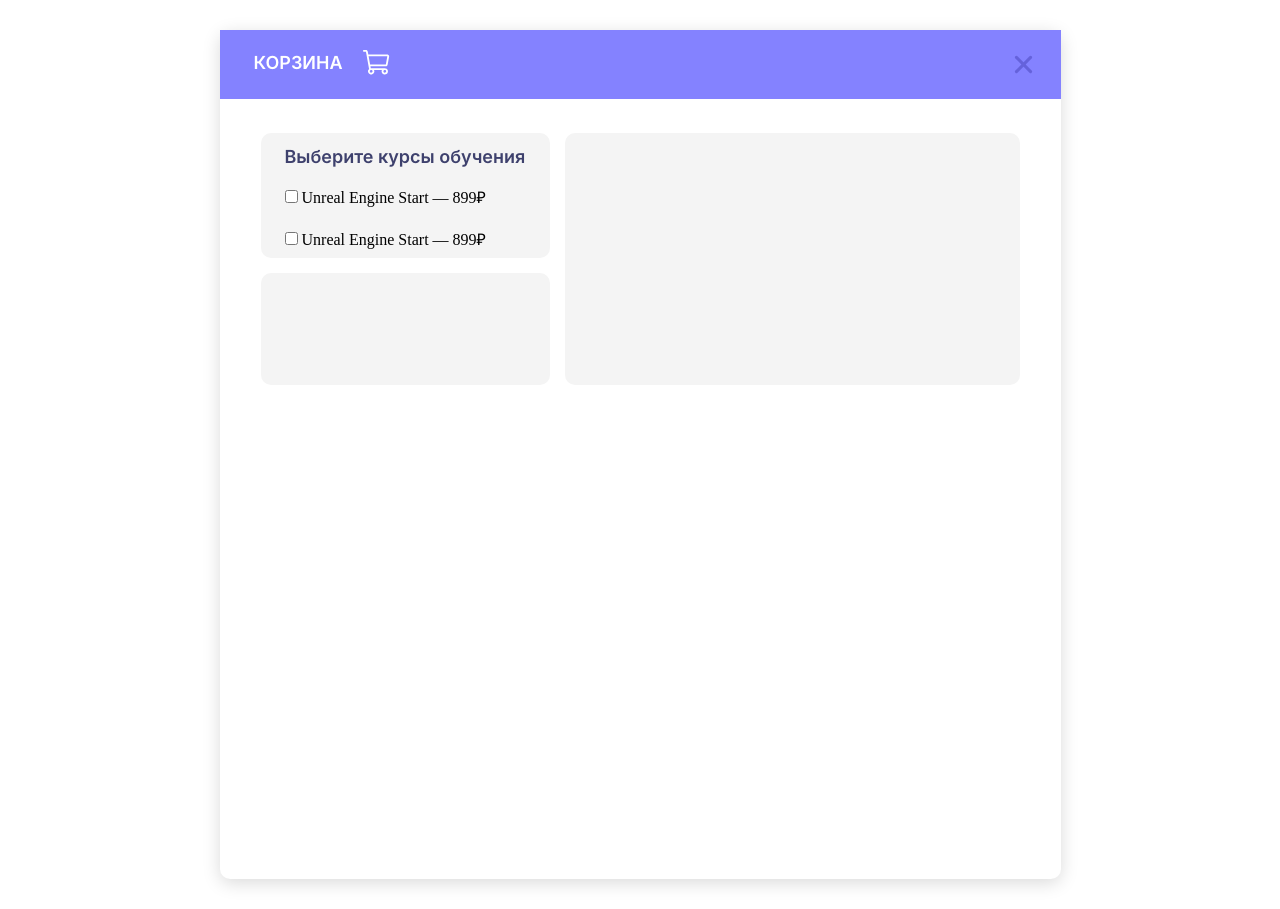
Repository: bek77g/unreal.academy
Page: basket.html
An editor plug-in stored every save of this project. The page is shown before and after the next save, followed by the edit.
The browser window is 1280 px wide. The pictures show the whole page.
The style sheet was rebuilt from its Sass, Less or Tailwind sources for each picture, by a compiler version that may differ from the author's.

Above is the page before, as saved 2021-05-05 16:44:30.

### basket.html
<!DOCTYPE html>
<html lang="en">
<head>
  <meta charset="UTF-8">
  <meta http-equiv="X-UA-Compatible" content="IE=edge">
  <meta name="viewport" content="width=device-width, initial-scale=1.0">
  <link rel="stylesheet" href="./src/css/style.css">
  <title></title>
</head>
<body>
    <main>
        <section class="basket">
            <div class="container">
                <div class="basket__card">
                    <div class="basket__header">
                        <div class="basket__logo">
                            <h3 class="basket__logo-title">КОРЗИНА</h3>
                            <div class="basket__logo-img">
                                <svg width="27" height="25" viewBox="0 0 27 25" fill="none" xmlns="http://www.w3.org/2000/svg">
                                    <path d="M24.6193 14.843L26.1041 6.67641C26.1516 6.41488 26.1411 6.1461 26.0734 5.88907C26.0056 5.63204 25.8822 5.39303 25.7119 5.18895C25.5415 4.98487 25.3285 4.8207 25.0877 4.70804C24.847 4.59538 24.5844 4.53699 24.3186 4.53699H5.29406L4.74012 1.49018C4.66427 1.07194 4.44395 0.693632 4.11763 0.421277C3.79131 0.148922 3.37971 -0.000178689 2.95468 1.60714e-07H0.907352C0.666707 1.60714e-07 0.435919 0.0956007 0.265757 0.265771C0.0955957 0.435941 0 0.666741 0 0.907398C0 1.14806 0.0955957 1.37886 0.265757 1.54903C0.435919 1.7192 0.666707 1.8148 0.907352 1.8148H2.95457L5.98319 18.4726C6.01027 18.6199 6.05549 18.7634 6.11782 18.8996C5.6648 19.2824 5.32806 19.7845 5.14574 20.3489C4.96343 20.9133 4.94283 21.5174 5.0863 22.0929C5.22976 22.6684 5.53154 23.1922 5.95744 23.605C6.38334 24.0178 6.91634 24.303 7.49602 24.4283C8.07571 24.5536 8.67891 24.5141 9.23728 24.3141C9.79564 24.1142 10.2868 23.7618 10.6552 23.297C11.0236 22.8322 11.2544 22.2734 11.3215 21.6841C11.3886 21.0948 11.2893 20.4985 11.0349 19.9628H18.9077C18.6129 20.5845 18.528 21.2851 18.6657 21.9593C18.8035 22.6335 19.1565 23.2446 19.6716 23.7008C20.1867 24.157 20.836 24.4336 21.5219 24.4888C22.2077 24.5441 22.8929 24.3751 23.4744 24.0072C24.0559 23.6393 24.5021 23.0926 24.746 22.4491C24.9899 21.8057 25.0182 21.1005 24.8267 20.4396C24.6352 19.7787 24.2342 19.1979 23.6841 18.7846C23.134 18.3713 22.4645 18.1479 21.7764 18.148H7.76863L7.43859 16.3332H22.8339C23.2589 16.3334 23.6705 16.1842 23.9968 15.9119C24.3231 15.6395 24.5434 15.2612 24.6193 14.843ZM9.5272 21.3239C9.5272 21.5931 9.44737 21.8562 9.29782 22.08C9.14827 22.3039 8.93571 22.4783 8.68701 22.5814C8.43832 22.6844 8.16466 22.7113 7.90064 22.6588C7.63663 22.6063 7.39412 22.4767 7.20378 22.2863C7.01343 22.0959 6.88381 21.8534 6.83129 21.5894C6.77878 21.3254 6.80573 21.0517 6.90874 20.803C7.01176 20.5543 7.1862 20.3417 7.41002 20.1922C7.63384 20.0426 7.89698 19.9628 8.16617 19.9628C8.52702 19.9632 8.87297 20.1067 9.12813 20.3619C9.38329 20.617 9.52681 20.963 9.5272 21.3239ZM23.1375 21.3239C23.1375 21.5931 23.0577 21.8562 22.9081 22.08C22.7586 22.3039 22.546 22.4783 22.2973 22.5814C22.0486 22.6844 21.7749 22.7113 21.5109 22.6588C21.2469 22.6063 21.0044 22.4767 20.8141 22.2863C20.6237 22.0959 20.4941 21.8534 20.4416 21.5894C20.3891 21.3254 20.416 21.0517 20.519 20.803C20.622 20.5543 20.7965 20.3417 21.0203 20.1922C21.2441 20.0426 21.5073 19.9628 21.7764 19.9628C22.1373 19.9632 22.4833 20.1067 22.7384 20.3619C22.9936 20.617 23.1371 20.963 23.1375 21.3239ZM5.62399 6.35179H24.3186L22.834 14.5184H7.10865L5.62399 6.35179Z" fill="white"/>
                                    </svg>
                            </div>
                        </div>
                        <div class="close-btn"></div>
                    </div>
                    <div class="basket__content">
                        <div class="basket__content-mcol">
                            <div class="basket__content-col">
                                <h4 class="basket__content-title">Выберите курсы обучения</h4>
                                <div class="checkbox basket__content-checkbox">
                                    <input type="checkbox" class="basket__checkbox">
                                    <label for=""><span class="basket__content-txt">Unreal Engine Start — 899₽</span></label>
                                </div>
                                <div class="checkbox basket__content-checkbox">
                                    <input type="checkbox" class="basket__checkbox">
                                    <label for=""><span class="basket__content-txt">Unreal Engine Start — 899₽</span></label>
                                </div>
                            </div>
                            <div class="basket__content-col"></div>
                        </div>
                        <div class="basket__content-mcol">
                            <div class="basket__content-col basket__content-col-second"></div>
                        </div>
                    </div>
                </div>
            </div>
        </section>
    </main>
</body>

### src/scss/style.scss
@import url(../fonts/inter/stylesheet.css);
@import "../libs/bs/bootstrap-grid.min.css";

* {
  margin: 0;
  padding: 0;
  box-sizing: border-box;
  scroll-behavior: smooth;
}

.container {
  max-width: 1240px;
}

$inter: "Inter", sans-serif;

@mixin text($ff, $ft, $fw, $fs, $lh, $cr) {
  font-family: $ff;
  font-style: $ft;
  font-weight: $fw;
  font-size: $fs;
  line-height: $lh;
  color: $cr;
}

a {
  text-decoration: none;
  outline: none;
}
ul {
  list-style: none;
}

.close-btn {
  width: 23px;
  position: relative;
  background: transparent;
  height: 3px;
  cursor: pointer;
  &::before {
    content: "";
    position: absolute;
    border-radius: 100px;
    width: 100%;
    height: 100%;
    background: #6562db;
    transform: rotate(45deg);
  }
  &::after {
    content: "";
    position: absolute;
    border-radius: 100px;
    width: 100%;
    height: 100%;
    background: #6562db;
    transform: rotate(-45deg);
  }
}

@import "header";
@import "home";
@import "video";
@import "courses";
@import "features";
@import "devstart";
@import "exs";
@import "lector";
@import "certificate";
@import "challange";
@import "slider";
@import "basket";

### src/scss/header.scss
.header {
  position: absolute;
  background-color: #fff;
  width: 100%;
  height: 140px;
  &__nav {
    display: flex;
    margin-top: 48px;
    justify-content: space-between;
    align-items: center;
  }
  &__logo {
    @include text($inter, normal, normal, 13px, 25px, #8482ff);
    &-part {
      color: #3e416d;
    }
  }
  &__mnu {
    display: flex;
    margin-top: 3px;
    column-gap: 57px;
    &-item a {
      @include text($inter, normal, normal, 16px, 19px, #3e416d);
      &:nth-child(2) {
        color: #8482ff;
      }
    }
  }
  &__dropper {
    position: relative;
  }
  &__dropdown {
    position: absolute;
    background: #fff;
    border: 1px solid #8482ff;
    width: 150px;
    top: 20px;
    display: none;
  }
  &__dropdown li a {
    width: 100%;
  }
  &__dropdown li:first-child a {
    @include text($inter, normal, normal, 16px, 17px, #8482ff);
  }
  &__dropdown li:last-child a {
    @include text($inter, normal, normal, 16px, 17px, #ff9882);
  }
  &__dropper:active > ul {
    display: block;
  }
}

### src/scss/home.scss
.home {
  background: url(../images/home/homeBG.png) top center/100% 100% no-repeat;
  background-size: cover;
  max-width: 100%;
  height: 870px;
  display: flex;
  justify-content: center;
  align-items: center;
  &__title {
    @include text($inter, normal, bold, 60px, 73px, #fff);
    width: 70%;
    margin: 100px auto 0;
    text-align: center;
  }
  &__btns {
    text-align: center;
    margin-top: 65px;
    display: flex;
    justify-content: center;
    &-style {
      @include text($inter, normal, 600, 16px, none, #fff);
      width: 164px;
      height: 49px;
      border: none;
      outline: none;
      border-radius: 4px;
    }
    &-start {
      background-color: #8482ff;
      margin-right: 30px;
      cursor: pointer;
      transition: 0.3s;
      &:hover {
        background-color: #55539e;
      }
    }
    &-more {
      background-color: transparent;
      border: 2px solid #ffffff;
      cursor: pointer;
      transition: 0.3s;
      &:hover {
        background-color: #ffffff;
        border: none;
        color: #555555;
      }
    }
  }
}

### src/scss/video.scss
.video {
  &__block {
    height: 439px;
    width: 776px;
    position: relative;
    background: url(../images/home/videoBOX.png) no-repeat;
    filter: drop-shadow(0px 4px 120px rgba(0, 0, 0, 9)),
      drop-shadow(0px 15px 29px rgba(0, 0, 0, 9));
    border-radius: 10px;
    margin: -104px auto 70px;
  }
  &__playbtn {
    display: inline-block;
    position: absolute;
    filter: drop-shadow(0px 4px 120px rgba(0, 0, 0, 0.1)),
      drop-shadow(0px 15px 29px rgba(0, 0, 0, 0.15));
    width: 114.1px;
    height: 114.1px;
    border-radius: 50%;
    font-size: 0;
    background-color: #fff;
    color: transparent;
    bottom: 105px;
    left: 50%;
    transform: translate(-50%, -50%);
    transition: 0.2s;
    cursor: pointer;
    img {
      width: 33px;
      height: 33px;
      margin: 40px 42px;
    }
  }
  &__arrow {
    width: 71px;
    height: 71px;
    margin: 0 auto;
    border-radius: 5px;
    display: block;
    padding-top: 11px;
    padding-left: 19px;
    background-color: #ff9882;
    filter: drop-shadow(0px 15px 30px rgba(255, 152, 130, 0.48));
  }
}

### src/scss/courses.scss
.courses {
  padding: 47px 0 109px;
  &__title {
    @include text($inter, normal, bold, 40px, 48px, #3e416d);
    text-align: center;
    margin-bottom: 23px;
  }
  &__col {
    margin: 40px 6.2px 0;
    height: 85%;
    padding: 17px 60px 17px 25px;
    background-color: #e7e7ff;
    border-radius: 10px;
    &-number {
      width: 82px;
      height: 60px;
      background-color: #8482ff;
      border-radius: 10px;
      margin-bottom: 25px;
    }
    &-title {
      @include text($inter, normal, bold, 40px, 63px, #fff);
      text-align: center;
    }
    &-subtitle {
      @include text($inter, normal, normal, 16px, 19px, #3e416d);
      opacity: 0.8;
    }
  }
}

### src/scss/features.scss
.features {
  padding-bottom: 74px;
  position: relative;
  overflow: hidden;
  &::before {
    content: "";
    background: url(../images/features/bfF.svg) top center/100% 100% no-repeat;
    width: 100%;
    height: 100%;
    position: absolute;
    top: 25%;
    right: 0;
    z-index: -1;
    bottom: -70px;
  }
  &__title {
    @include text($inter, normal, bold, 40px, 48px, #3e416d);
    width: 50%;
    margin: 0 auto;
    text-align: center;
    margin-bottom: 33px;
  }
  &__row {
    text-align: center;
    width: 93%;
    margin: 0 auto;
  }
  &__hr {
    width: 13%;
    height: 4px;
    margin: 0 auto;
    background: #8482ff;
  }
  &__mcol {
    margin-top: 47px;
    display: flex;
    justify-content: space-around;
  }
  &__col {
    padding: 38px 25px 35px;
    margin-right: 10px;
    border: 1px solid rgb(0, 0, 0);
    border-radius: 10px;
    text-align: center;
    background: #ffffff;
    &:nth-child(2) {
      padding: 37.5px 25px 35px;
    }
    &:nth-child(3) {
      padding: 37.5px 25px 35px;
    }
    &:nth-child(4) {
      padding: 37.4px 25px 35px;
    }
  }
  &__mcol &__col &__card-title {
    @include text($inter, normal, 600, 18px, 22px, #3e416d);
    margin: 18px 0 15px;
    color: #3e416d;
    &:nth-child(2) {
      margin: 17.5px 0 15px;
    }
    &:nth-child(3) {
      margin: 17.4px 0 15px;
    }
    &:nth-child(4),
    &:nth-child(5) {
      margin: 16px 0 15px;
    }
  }
  &__card-subtitle {
    @include text($inter, normal, normal, 16px, 19px, #3e416d);
    margin-top: 10px;
    opacity: 0.8;
  }
}

### src/scss/exs.scss
.exs {
  padding-top: 110px;
  height: 740px;
  background: #3e416d;
  &__title {
    @include text($inter, normal, bold, 40px, 48px, #fff);
    text-align: center;
    margin-bottom: 113.9px;
  }
  &__row {
    display: flex;
    justify-content: space-between;
  }
  &__mcol {
    position: relative;
  }
  &__mcol:first-child &__col img {
    top: 5.5px;
  }
  &__mcol:nth-child(2) &__col img {
    top: 10px;
  }
  &__mcol:nth-child(3) &__col img {
    top: 1px;
  }
  &__mcol:nth-child(4) &__col img {
    top: 15px;
  }
  &__mcol:nth-child(5) &__col img {
    top: 1px;
  }
  &__col img {
    z-index: 3;
    transition: 0.3s;
    position: absolute;
  }
  &__col {
    background: rgba(132, 130, 255, 0.23);
    border: 4px solid #8482ff;
    width: 100%;
    height: 197px;
    display: inline-flex;
    align-items: center;
    justify-content: center;
    border-radius: 46px;
    position: relative;
    padding-top: 50%;
    transition: 0.5s;
    z-index: 1;
    &:hover {
      transform: scale(1.2);
      padding: 50% 15px 0;
      width: 104%;
      background: #8482ff;
      border-radius: 46px;
      height: 110%;
      transition: 0.3s;
      img {
        transform: scale(0.9);
        transition: 0.5s;
      }
      .exs__hidtext {
        margin-top: 105px;
        color: #fff;
      }
      .exs__hidsub {
        color: #fff;
      }
      .exs__descrs {
        color: #8482ff;
      }
    }
  }
  &__hidtext {
    @include text($inter, normal, 600, 16px, 22px, transparent);
    transition: 0.3s;
    text-align: center;
  }
  &__hidsub {
    @include text($inter, normal, normal, 12px, 17px, transparent);
    transition: 0.3s;
    text-align: center;
    margin: 10px 0 10px;
    opacity: 0.8;
  }
  &__descrs {
    @include text($inter, normal, 600, 18px, 22px, #fff);
    text-align: center;
    top: 200px;
    width: 100%;
    position: absolute;
    left: 50%;
    transform: translateX(-50%);
    margin-top: 40px;
    color: #ffffff;
  }
}

### src/scss/lector.scss
.lector {
  padding: 80px 0 60px;
  background: #3e416d;
  text-align: center;
  &__title {
    @include text($inter, normal, bold, 40px, 48px, #fff);
    text-align: center;
    margin-bottom: 179px;
    &-part {
      color: #8482ff;
    }
  }
  &__face {
    position: relative;
    z-index: 1;
  }
  &__content {
    width: 90%;
    margin: 0 auto;
    display: flex;
    justify-content: center;
    align-items: center;
  }
  &__first {
    width: 33%;
    text-align: end;
    margin-top: -60px;
    margin-right: 30px;
    .lector__descrs:first-child {
      width: 174px;
    }
    .lector__descrs:nth-child(2) {
      margin-right: 48px;
      width: 280px;
    }
    .lector__descrs:nth-child(3) {
      width: 250px;
    }
  }
  &__second {
    width: 33%;
    text-align: center;
    margin-top: -60px;
    margin-left: 30px;
    .lector__descrs:first-child {
      margin-right: 110px;
      width: 214px;
    }
    .lector__descrs:nth-child(2) {
      margin-left: 52px;
      width: 272px;
    }
    .lector__descrs:nth-child(3) {
      width: 252px;
    }
  }
  &__eclipse {
    position: absolute;
    bottom: 64%;
    left: 50%;
    z-index: -1;
    transform: translateX(-50%);
    width: 452.95px;
    height: 208.23px;
    &::before {
      position: absolute;
      content: url(../images/lector/Ellipse31.svg);
      left: -23px;
      top: 25px;
    }
    &::after {
      position: absolute;
      content: url(../images/lector/Ellipse32.svg);
      top: 25px;
      left: -20px;
    }
    &-part {
      position: absolute;
      width: 452.95px;
      height: 208.23px;
      top: 60%;
      border-radius: 50%;
      border: 4.44944px solid #8482ff;
    }
    &-partcircle {
      position: absolute;
      width: 27.59px;
      height: 27.59px;
      right: 0;
      top: 50px;
      border-radius: 50%;
      background: #8482ff;
      &::before {
        content: "";
        position: absolute;
        width: 18.69px;
        height: 18.69px;
        top: 180px;
        border-radius: 50%;
        border: 0.889888px solid #8482ff;
      }
    }
    &-partcircle2 {
      position: absolute;
      width: 27.59px;
      height: 27.59px;
      border-radius: 50%;
      left: 40px;
      top: -12px;
      border: 4.44944px solid #8482ff;
      &::before {
        content: "";
        position: absolute;
        width: 19.69px;
        height: 19.69px;
        top: 284px;
        left: 47.6px;
        border-radius: 50%;
        background: #8482ff;
      }
    }
  }
  &__descrs {
    @include text($inter, normal, 600, 16px, 19px, #3e416d);
    display: inline-block;
    text-align: center;
    padding: 10px 14px;
    background: #ff9882;
    border-radius: 42px;
    width: 100%;
    height: 100%;
    margin-bottom: 25px;
  }
  &__socs {
    margin: 65.7px auto 0;
    width: 76px;
  }
  &__socs a {
    cursor: pointer;
  }
  &__name {
    @include text($inter, normal, 600, 30px, 36px, #ffffff);
    margin-top: 13.4px;
  }
  &__review {
    @include text($inter, normal, normal, 16px, 19px, #ffffff);
    margin-top: 13px;
    opacity: 0.8;
  }
}

### src/scss/certificate.scss
.certificate {
  padding: 60px 0 57px;
  background: #3e416d;
  &__row {
    display: flex;
    align-items: center;
    justify-content: center;
  }
  &__col {
    text-align: center;
    &:last-child {
      margin-bottom: 60px;
    }
  }
  &__cert {
    width: 416px;
    height: 555px;
  }
  &__title {
    @include text($inter, normal, bold, 40px, 48px, #fff);
    text-align: start;
  }
  &__des {
    @include text($inter, normal, normal, 18px, 22px, #fff);
    margin: 30px 0 36px;
    text-align: start;
  }
  &__get {
    margin-right: 56px;
  }
  &__sub {
    display: flex;
    &-title {
      @include text($inter, normal, 600, 18px, 22px, #fff);
      margin-bottom: 19px;
    }
    &-cov {
      @include text($inter, normal, normal, 16px, 19px, #fff);
    }
  }
  &__courses {
    margin-top: 10px;
    margin-left: 19px;
  }
  &__course {
    text-align: start;
    text-decoration-line: underline;
    position: relative;
    cursor: pointer;
    &:before {
      content: "·";
      position: absolute;
      font-size: 96px;
      bottom: 3px;
      left: -25px;
    }
  }
  &__courses a:first-child &__course {
    @include text($inter, normal, normal, 14px, 17px, #8482ff);
  }
  &__course:last-child {
    @include text($inter, normal, normal, 14px, 17px, #ff9882);
  }
}

### src/scss/challange.scss
.challange {
  padding: 57px 0 60px;
  background: #3e416d;
  &__box {
    padding: 60px 130px;
    background: #525794;
    border: 2px solid #8482ff;
    box-sizing: border-box;
    border-radius: 20px;
  }
  &__col {
    display: flex;
    align-items: center;
    justify-content: center;
    padding-right: 70px;
  }
  &__title {
    @include text($inter, normal, bold, 40px, 48px, #fff);
    margin-bottom: 40px;
    text-align: stert;
  }
  &__sub {
    display: flex;
  }
  &__fond {
    margin-right: 66px;
  }
  &__optxt {
    @include text($inter, normal, normal, 18px, 22px, #fff);
    opacity: 0.5;
    margin-bottom: 11px;
  }
  &__txt {
    @include text($inter, normal, bold, 30px, 36px, #fff);
    margin-bottom: 38px;
  }
  &__prises {
    display: flex;
    justify-content: space-between;
    margin-bottom: 43px;
    &-boxes {
      @include text($inter, normal, bold, 21.5548px, 26px, #fff);
      padding: 10.8px 16px;
      border-radius: 14.3698px;
      width: 190.4px;
      height: 100%;
      &:first-child {
        background: #ff9882;
        box-shadow: 0px 10.0589px 22.9918px -7.18492px rgba(255, 152, 130, 0.5);
      }
      &:nth-child(2) {
        background: #a5a5b5;
        box-shadow: 0px 10.0589px 22.9918px -7.18492px rgba(165, 165, 181, 0.5);
      }
      &:last-child {
        background: #ac8f73;
        box-shadow: 0px 10.0589px 22.9918px -7.18492px rgba(172, 143, 115, 0.5);
      }
    }
    &-txt {
      @include text($inter, normal, normal, 12.9329px, 16px, #fff);
      opacity: 0.5;
    }
  }
  &__btn {
    @include text($inter, normal, 600, 16px, 19px, #fff);
    width: 182px;
    height: 49px;
    border: none;
    outline: none;
    background: #8482ff;
    border-radius: 4px;
    cursor: pointer;
    &:hover {
      background: #4d4c92;
    }
  }
}

### src/scss/slider.scss
.slider {
  padding: 60px;
  background: #3e416d;
  &__title {
    @include text($inter, normal, bold, 40px, 48px, #fff);
    text-align: center;
  }
}

### src/scss/basket.scss
.basket {
  display: flex;
  align-items: center;
  justify-content: center;
  padding: 30px;
  &__card {
    width: 841px;
    height: 849px;
    margin: 0 auto;
    background: #ffffff;
    box-shadow: 0px 4px 18px rgba(0, 0, 0, 0.15);
    border-radius: 10px;
  }
  &__header {
    padding: 0 25.5px 0 34px;
    width: 100%;
    height: 69px;
    display: flex;
    justify-content: space-between;
    align-items: center;
    background: #8482ff;
  }
  &__logo {
    display: flex;
    &-title {
      @include text($inter, normal, 600, 18px, 26px, #fff);
      text-align: center;
      text-transform: uppercase;
      margin-right: 20px;
    }
  }
  &__content {
    height: 780px;
    width: 100%;
    padding: 34px 41px;
    display: flex;
    &-mcol:first-child {
      width: 289px;
      margin-right: 15px;
    }
    &-mcol:last-child {
      width: 455px;
    }
    &-title {
      @include text($inter, normal, 600, 18px, 22px, #3e416d);
    }
    &-checkbox {
      margin-top: 18px;
      &:last-child {
        margin-top: 20px;
      }
    }
    &-col {
      background: #f4f4f4;
      padding: 13px 24px;
      border-radius: 10px;
      width: 100%;
      height: 125px;
      margin-bottom: 15px;
      &:nth-child(2) {
        height: 112px;
        padding: 15px 102px 15px 20px;
      }
      &-second {
        margin: 0;
        padding: 13px 15px 22px 20px;
        height: 252px;
      }
    }
  }
}

Loaded but not shown: src/fonts/inter/stylesheet.css (common file); src/libs/bs/bootstrap-grid.min.css (library); src/scss/devstart.scss (164 lines, source omitted)

After the next save:
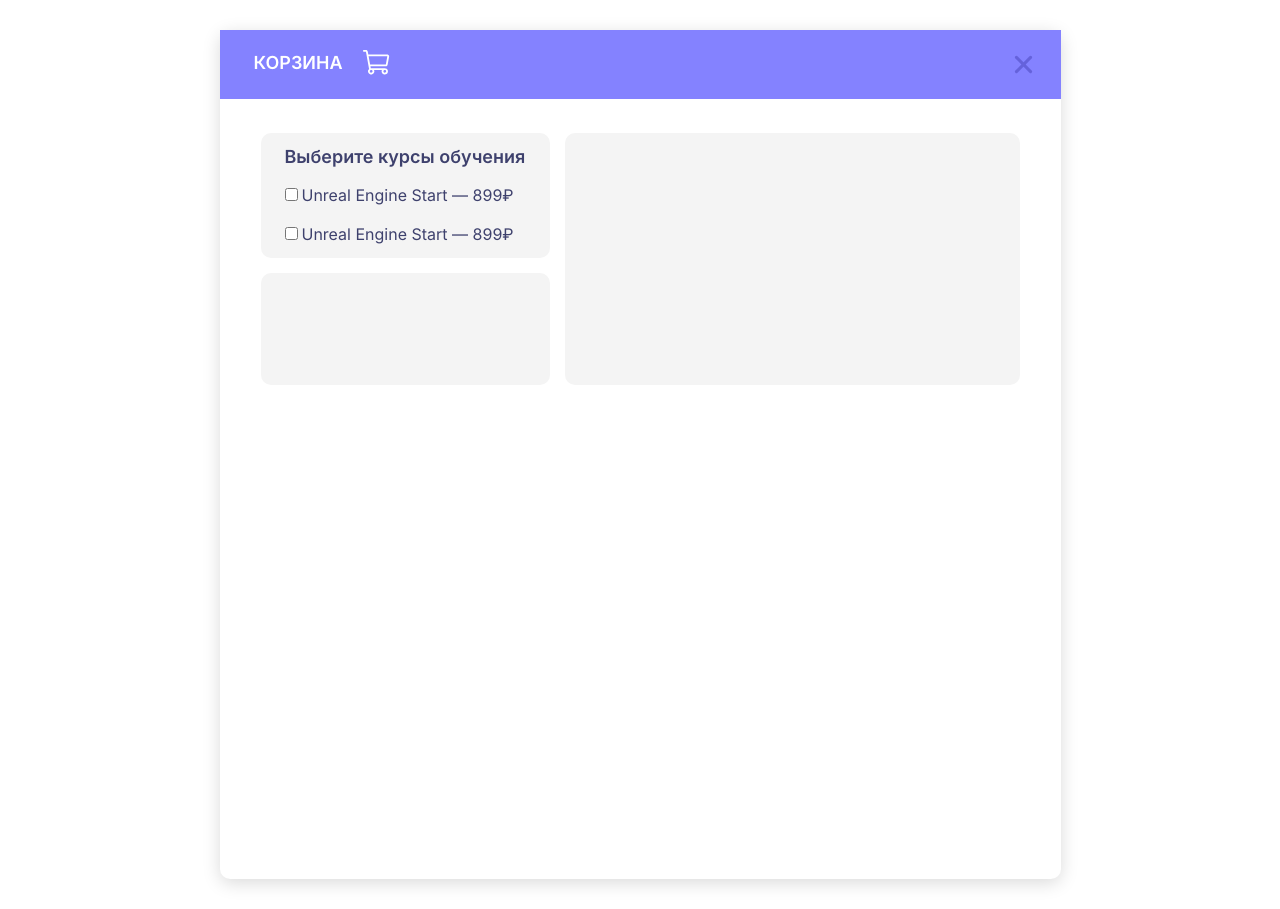
Saved 34 s later.
--- a/src/scss/basket.scss
+++ b/src/scss/basket.scss
@@ -50,6 +50,9 @@
         margin-top: 20px;
       }
     }
+    &-txt {
+      @include text($inter, normal, normal, 16px, 19px, #3e416d);
+    }
     &-col {
       background: #f4f4f4;
       padding: 13px 24px;
